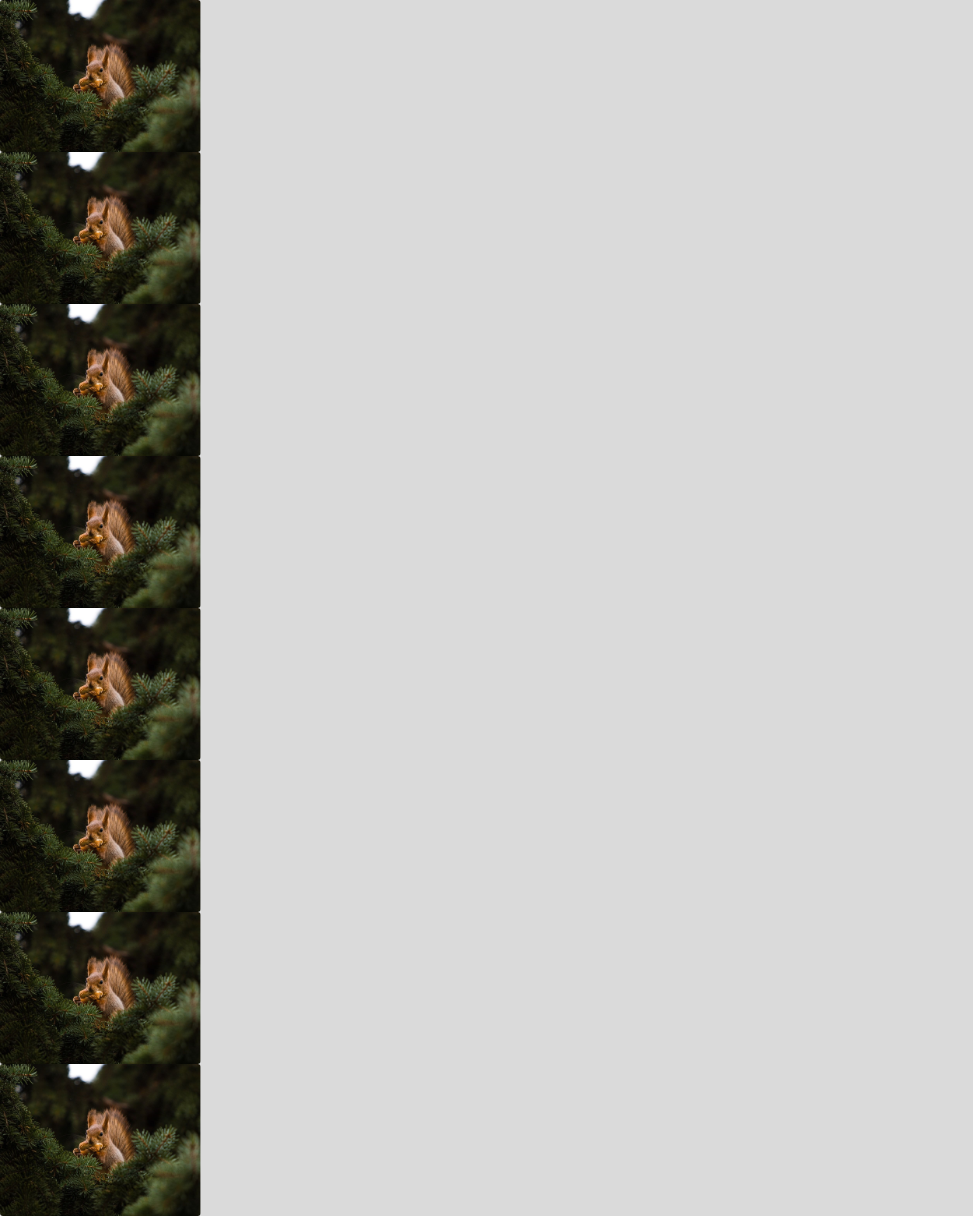
Repository: QUANGTHAI2003/images-gallery
Page: index.html
The author's editor kept a copy of each file at every save. The page is drawn from the files as they stood at one save, then again after the next save.
The browser window is 1280 px wide. The pictures show the whole page, at 76% of full size.

Above is the page before, as saved 2022-03-01 16:00:28.

After the next save:
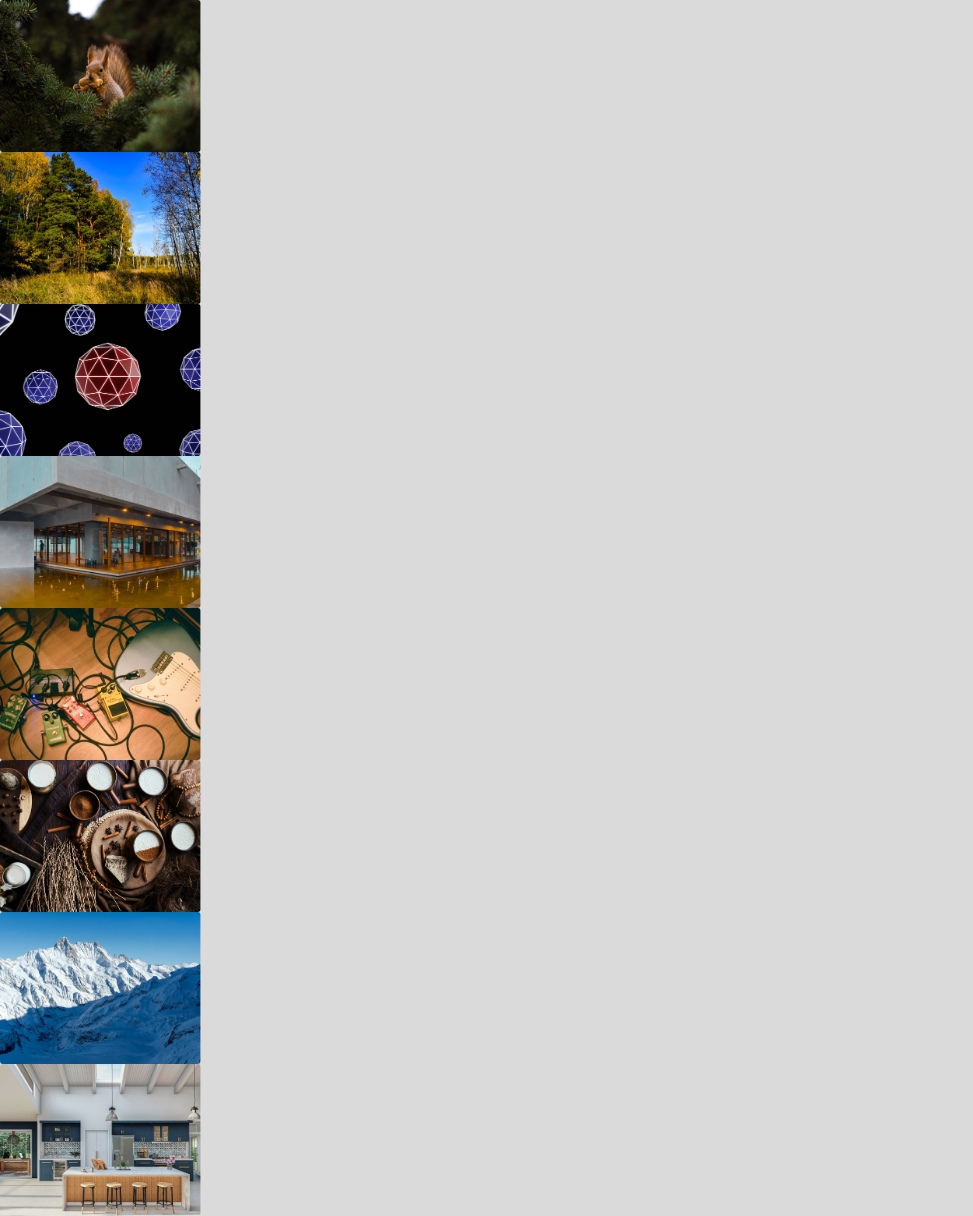
Saved 22 s later.
--- a/index.html
+++ b/index.html
@@ -17,25 +17,25 @@
                 <img src="./img/img1.jpeg" alt="" />
             </div>
             <div class="image">
-                <img src="./img/img1.jpeg" alt="" />
+                <img src="./img/img2.jpeg" alt="" />
             </div>
             <div class="image">
-                <img src="./img/img1.jpeg" alt="" />
+                <img src="./img/img3.jpeg" alt="" />
             </div>
             <div class="image">
-                <img src="./img/img1.jpeg" alt="" />
+                <img src="./img/img4.jpeg" alt="" />
             </div>
             <div class="image">
-                <img src="./img/img1.jpeg" alt="" />
+                <img src="./img/img5.jpeg" alt="" />
             </div>
             <div class="image">
-                <img src="./img/img1.jpeg" alt="" />
+                <img src="./img/img6.jpeg" alt="" />
             </div>
             <div class="image">
-                <img src="./img/img1.jpeg" alt="" />
+                <img src="./img/img7.jpeg" alt="" />
             </div>
             <div class="image">
-                <img src="./img/img1.jpeg" alt="" />
+                <img src="./img/img8.jpeg" alt="" />
             </div>
         </div>
     </body>
